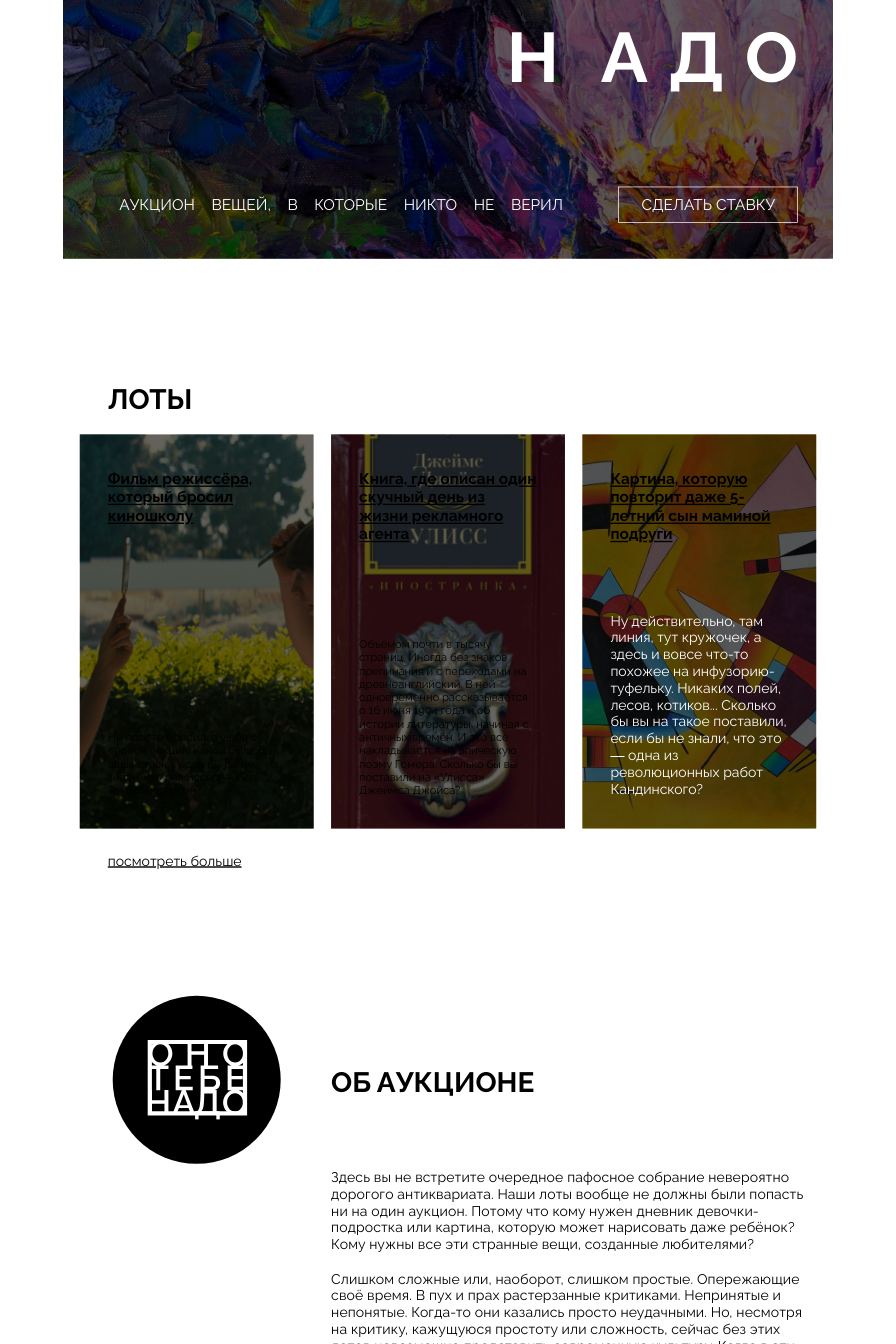
Repository: Smoyki/ono-tebe-nado
Page: index.html
These files come from the project's save history. The page is drawn as it stood at one moment and after a run of saves; the edit follows.
The browser window is 1280 px wide. The pictures show the part of the page from y = 681 to 2601 px (the page is 3028 px tall), at 70% of full size.

Above is the page before, as saved 2024-04-20 21:46:35.

After the next 3 saves:
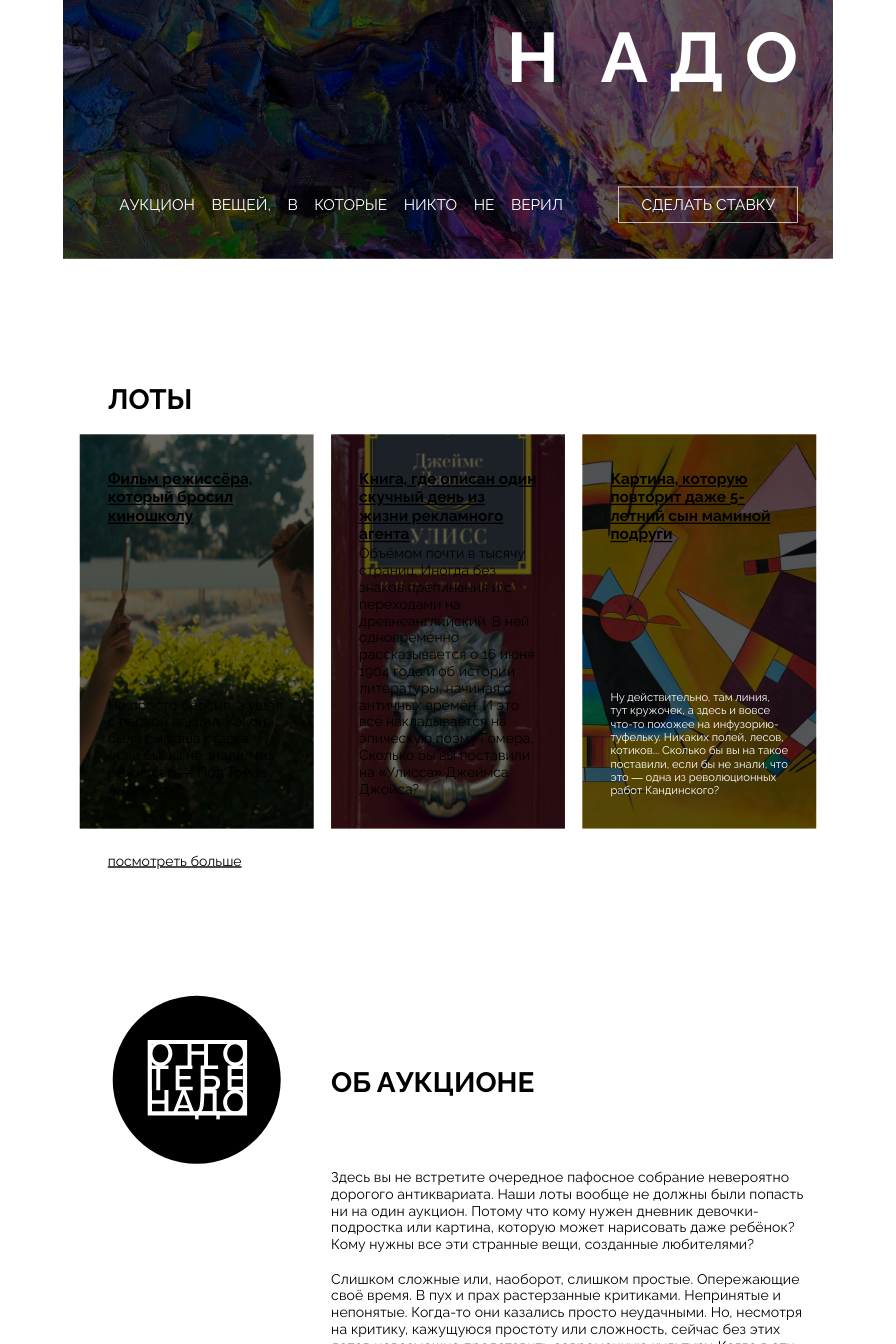
The 3 saves are shown as one change because they came seconds apart.
The last was saved 9 s later.
--- a/styles/style.css
+++ b/styles/style.css
@@ -267,7 +267,7 @@
   text-decoration: underline;
 }
 
-.article-text {
+.card__text {
   font-weight: 100;
   max-height: 360px;
   font-size: 20px;
